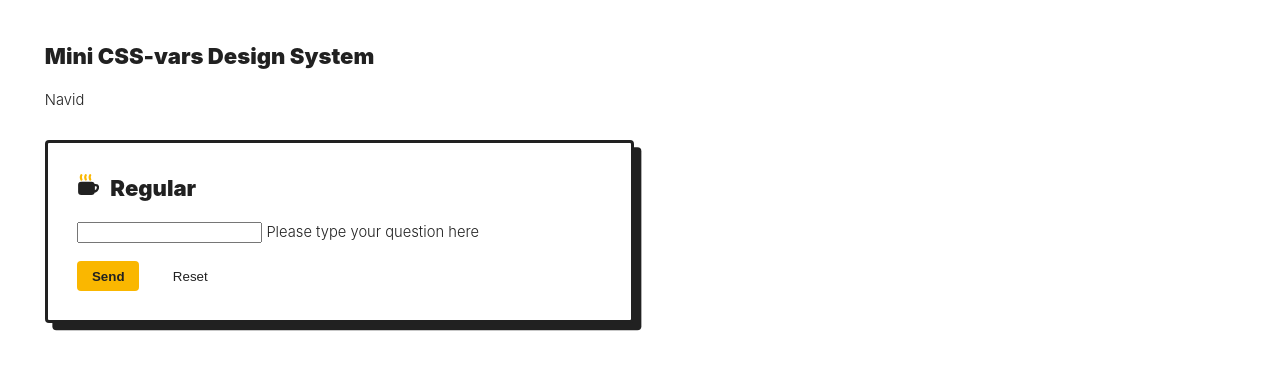
Repository: navid-amini12/capstone-1
Page: quiz.html
An editor plug-in stored every save of this project. The page is shown before and after the next save, followed by the edit.
The browser window is 1280 px wide. The pictures show the whole page.
Some web fonts or font styles are not loaded; a fallback is used.

Above is the page before, as saved 2022-05-17 12:18:05.

### quiz.html

<head>
    <link rel="stylesheet" href="quiz.css">
    </head>

<article class="l-design-widht">
    <h1>Mini CSS-vars Design System</h1>

   <p>Navid</p>

    <div class="card">
      <h2><svg class="icon" aria-hidden="true">
        <use xlink:href="#icon-coffee" href="#icon-coffee" /></svg>Regular</h2>
      <label class="input">
        <input class="input__field" type="text" placeholder=" " />
        <span class="input__label">Please type your question here</span>
      </label>
      <div class="button-group">
        <button>Send</button>
        <button type="reset">Reset</button>
      </div>
    </div>



  <svg xmlns="http://www.w3.org/2000/svg" class="hidden">
    <symbol id="icon-coffee" viewBox="0 0 20 20">
      <title>icon-coffee</title>
      <path fill="currentColor" d="M15,17H14V9h3a3,3,0,0,1,3,3h0A5,5,0,0,1,15,17Zm1-6v3.83A3,3,0,0,0,18,12a1,1,0,0,0-1-1Z"/>
      <rect fill="currentColor" x="1" y="7" width="15" height="12" rx="3" ry="3"/>
      <path fill="var(--color-accent)" d="M7.07,5.42a5.45,5.45,0,0,1,0-4.85,1,1,0,0,1,1.79.89,3.44,3.44,0,0,0,0,3.06,1,1,0,0,1-1.79.89Z"/>
      <path fill="var(--color-accent)" d="M3.07,5.42a5.45,5.45,0,0,1,0-4.85,1,1,0,0,1,1.79.89,3.44,3.44,0,0,0,0,3.06,1,1,0,1,1-1.79.89Z"/>
      <path fill="var(--color-accent)" d="M11.07,5.42a5.45,5.45,0,0,1,0-4.85,1,1,0,0,1,1.79.89,3.44,3.44,0,0,0,0,3.06,1,1,0,1,1-1.79.89Z"/>
    </symbol>
  </svg>

### quiz.css
@import url('https://rsms.me/inter/inter.css');

:root {
  --color-light: white;
  --color-dark: #212121;
  --color-signal: #fab700;

  --color-background: var(--color-light);
  --color-text: var(--color-dark);
  --color-accent: var(--color-signal);

  --size-bezel: .5rem;
  --size-radius: 4px;

  line-height: 1.4;

  font-family: 'Inter', sans-serif;
  font-size: calc(.6rem + .4vw);
  color: var(--color-text);
  background: var(--color-background);
  font-weight: 300;
  padding: 0 calc(var(--size-bezel) * 3);
}

h1, h2, h3 {
  font-weight: 900;
}

mark {
  background: var(--color-accent);
  color: var(--color-text);
  font-weight: bold;
  padding: 0 0.2em;
}

.card {
  background: var(--color-background);
  padding: calc(4 * var(--size-bezel));
  margin-top: calc(4 * var(--size-bezel));
  border-radius: var(--size-radius);
  border: 3px solid var(--color-shadow, currentColor);
  box-shadow: .5rem .5rem 0 var(--color-shadow, currentColor);

  &--inverted {
    --color-background: var(--color-dark);
    color: var(--color-light);
    --color-shadow: var(--color-accent);
  }

  &--accent {
    --color-background: var(--color-signal);
    --color-accent: var(--color-light);
    color: var(--color-dark);
  }

  *:first-child {
    margin-top: 0;
  }
}


.l-design-widht {
  max-width: 40rem;
  padding: 1rem;
}

.input {
  position: relative;

  &__label {
    position: absolute;
    left: 0;
    top: 0;
    padding: calc(var(--size-bezel) * 0.75) calc(var(--size-bezel) * .5);
    margin: calc(var(--size-bezel) * 0.75 + 3px) calc(var(--size-bezel) * .5);
    background: pink;
    white-space: nowrap;
    transform: translate(0, 0);
    transform-origin: 0 0;
    background: var(--color-background);
    transition: transform 120ms ease-in;
    font-weight: bold;
    line-height: 1.2;
  }
  &__field {
    box-sizing: border-box;
    display: block;
    width: 100%;
    border: 3px solid currentColor;
    padding: calc(var(--size-bezel) * 1.5) var(--size-bezel);
    color: currentColor;
    background: transparent;
    border-radius: var(--size-radius);

    &:focus,
    &:not(:placeholder-shown) {
      & + .input__label {
        transform: translate(.25rem, -65%) scale(.8);
        color: var(--color-accent);
      }
    }
  }
}


.button-group {
  margin-top: calc(var(--size-bezel) * 2.5);
}

button {
  color: currentColor;
  padding: var(--size-bezel) calc(var(--size-bezel) * 2);
  background: var(--color-accent);
  border: none;
  border-radius: var(--size-radius);
  font-weight: 900;

  &[type=reset]{
    background: var(--color-background);
    font-weight: 200;
  }
}

button + button {
  margin-left: calc(var(--size-bezel) * 2);
}

.icon {
  display: inline-block;
  width: 1em; height: 1em;
  margin-right: .5em;
}

.hidden {
  display: none;
}

After the next save:
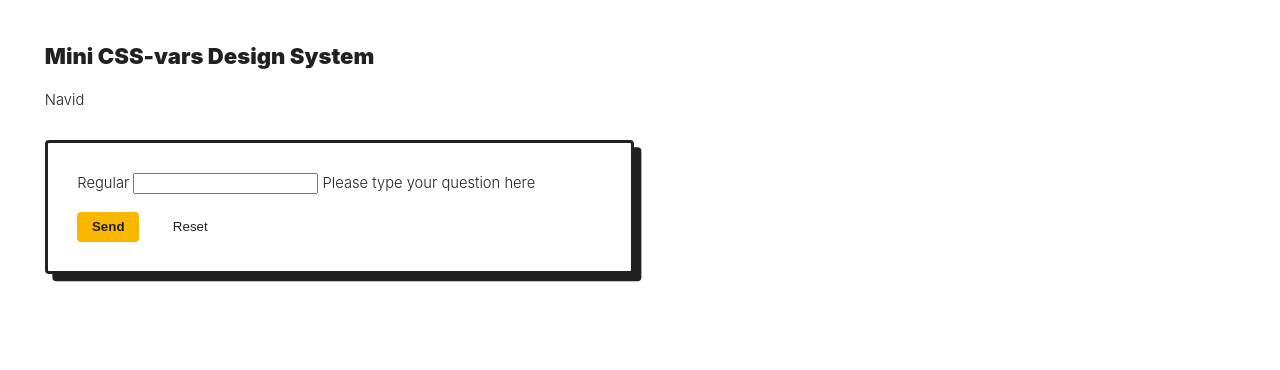
Saved 11 s later.
--- a/quiz.html
+++ b/quiz.html
@@ -9,7 +9,7 @@
    <p>Navid</p>
 
     <div class="card">
-      <h2><svg class="icon" aria-hidden="true">
+
         <use xlink:href="#icon-coffee" href="#icon-coffee" /></svg>Regular</h2>
       <label class="input">
         <input class="input__field" type="text" placeholder=" " />

After the save that followed:
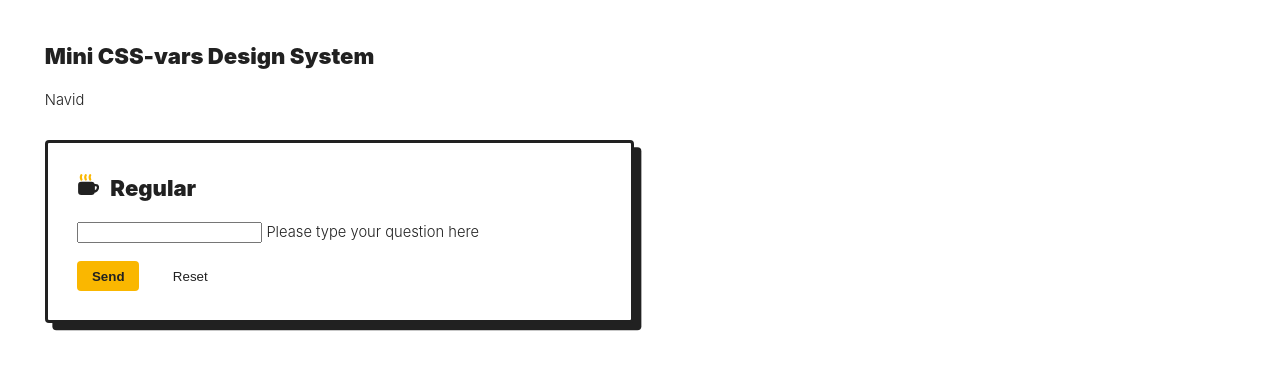
Saved 4 s later.
--- a/quiz.html
+++ b/quiz.html
@@ -9,7 +9,7 @@
    <p>Navid</p>
 
     <div class="card">
-
+      <h2><svg class="icon" aria-hidden="true">
         <use xlink:href="#icon-coffee" href="#icon-coffee" /></svg>Regular</h2>
       <label class="input">
         <input class="input__field" type="text" placeholder=" " />
